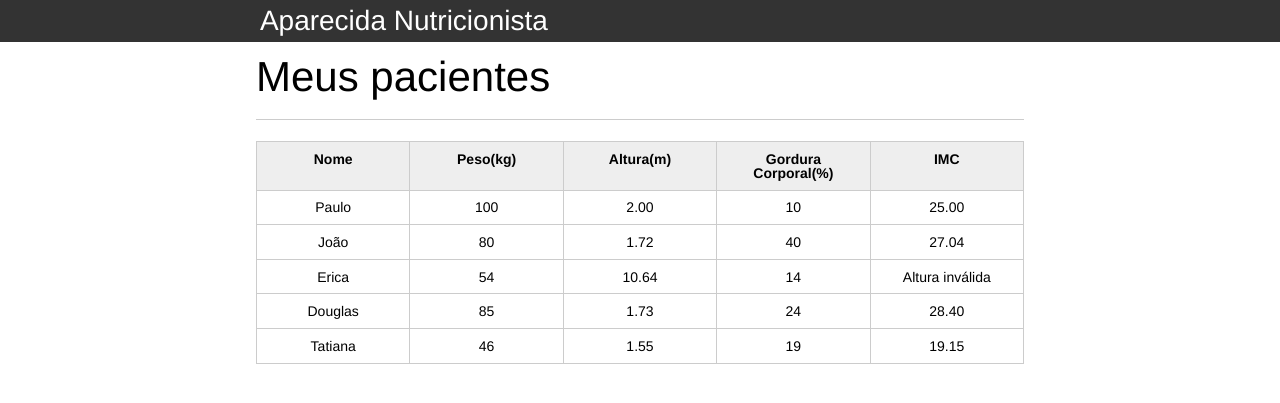
Repository: prof-fernando-alves/introducao-javascript
Page: index.html
The author's editor kept a copy of each file at every save. The page is drawn from the files as they stood at one save, then again after a run of saves.
The browser window is 1280 px wide. The pictures show the whole page.

Above is the page before, as saved 2021-09-14 14:33:50.

### index.html
<!DOCTYPE html>
<html lang="pt-br">
	<head>
		<meta charset="UTF-8">
		<title>Aparecida Nutrição</title>
		<link rel="icon" href="favicon.ico" type="image/x-icon">
		<link rel="stylesheet" type="text/css" href="css/reset.css">
		<link rel="stylesheet" type="text/css" href="css/index.css">

	</head>
	<body>

		<header>
			<div class="container">
				<h2 class="titulo">Aparecida Nutrição</h2>
			</div>
		</header>
		<main>
			<section class="container">
				<h2>Meus pacientes</h2>
				<table>
					<thead>
						<tr>
							<th>Nome</th>
							<th>Peso(kg)</th>
							<th>Altura(m)</th>
							<th>Gordura Corporal(%)</th>
							<th>IMC</th>
						</tr>
					</thead>
					<tbody id="tabela-pacientes">
						<tr class="paciente" id="primeiro-paciente">
							<td class="info-nome">Paulo</td>
							<td class="info-peso">100</td>
							<td class="info-altura">2.00</td>
							<td class="info-gordura">10</td>
							<td class="info-imc">0</td>
						</tr>

						<tr class="paciente" >
							<td class="info-nome">João</td>
							<td class="info-peso">80</td>
							<td class="info-altura">1.72</td>
							<td class="info-gordura">40</td>
							<td class="info-imc">0</td>
						</tr>

						<tr class="paciente" >
							<td class="info-nome">Erica</td>
							<td class="info-peso">54</td>
							<td class="info-altura">10.64</td>
							<td class="info-gordura">14</td>
							<td class="info-imc">0</td>
						</tr>

						<tr class="paciente">
							<td class="info-nome">Douglas</td>
							<td class="info-peso">85</td>
							<td class="info-altura">1.73</td>
							<td class="info-gordura">24</td>
							<td class="info-imc">0</td>
						</tr>
						<tr class="paciente" >
							<td class="info-nome">Tatiana</td>
							<td class="info-peso">46</td>
							<td class="info-altura">1.55</td>
							<td class="info-gordura">19</td>
							<td class="info-imc">0</td>
						</tr>
					</tbody>
				</table>

			</section>
		</main>

		<script src="js/principal.js" ></script>

	</body>
</html>

### css/index.css
*{
	box-sizing: border-box;
 }

body{
	font-family: "Helvetica Neue", "Helvetica", Helvetica, Arial, sans-serif;
	font-size: 14px;
}

header{
	background-color: #333;
	height: 3em;
	color: #FFF;
	margin-bottom: 1em;
}

header h1{
	font-size: 2em;
	display:inline-block;
	vertical-align:	middle;
}
header h2{
	font-size: 2em;
	display:inline-block;
	vertical-align:	middle;
}

header .container:before{
	content: '';
	display:inline-block;
	height: 100%;
	vertical-align:	middle;
}

.container{
	width: 60%;
	height: 100%;
	margin: 0 auto;
}

section{
	margin: 2em 0;
	overflow: hidden;
}

section h2{
	font-size: 3em;
	display: block;
	padding-bottom: .5em;
	border-bottom: 1px solid #ccc;
	margin-bottom: .5em;
}

table{
	width: 100%;
	margin-bottom : .5em;
    table-layout: fixed;

}

td, th {
	padding: .7em;
	margin: 0;
	border: 1px solid #ccc;
	text-align: center;
}

th{
	font-weight: bold;
	background-color: #EEE;
}

label{
	color: #555;
	display: block;
	margin-bottom: .2em;
}

.campo{
	margin: 0;
	padding-bottom: 1em;
	width: 100%;
	border: 1px solid #ccc;
	padding: .7em;
	width: 100%;
}

.campo-medio{
	display: inline-block;
	padding-right: .5em;
}

.grupo{
	width: 32%;
	display: inline-block;
	padding: 10px 0px;
}

button{
	padding: .5em 2em;
	border: 0;
	border-bottom: 3px solid;
	font-size: 1.2em;
	cursor: pointer;
	margin: 0;
	margin-top: -3px;
	color: #fff;
	background-color:#0c8cd3;
	border-color: #04324c;
	width: 20%;
    display: block;
    clear: both;
    margin: 10px 0px;

}

button:active{
	margin-top:0px;
	border: 0;
}

button[disabled=disabled], button:disabled {
    background-color: gray;
	border-color: darkgray;

}

.adicionar-paciente{
    margin-top: 30px;
}

.campo-invalido{
	border: 1px solid red;
}

### js/principal.js
var titulo = document.querySelector(".titulo");
titulo.textContent = "Aparecida Nutricionista";

var pacientes = document.querySelectorAll(".paciente");

for (var i=0; i < pacientes.length; i++){
        var paciente = pacientes[i]

        var tdPeso = paciente.querySelector(".info-peso");
        var peso = tdPeso.textContent;

        var tdAltura = paciente.querySelector(".info-altura");
        var altura = tdAltura.textContent;

        var tdImc = paciente.querySelector(".info-imc");

        var pesoEhValido = true;
        var alturaEhValida = true;

        if (peso <= 0 || peso >= 1000) {
            console.log("Peso inválido!");
            pesoEhValido = false;
            tdImc.textContent = "Peso inválido";
        }

        if (altura <= 0 || altura >= 3.00) {
            console.log("Altura inválida!");
            alturaEhValida = false;
            tdImc.textContent = "Altura inválida";
            paciente.getElementsByClassName.c
        }

        if (pesoEhValido && alturaEhValida) {
            var imc = peso / (altura * altura);
            tdImc.textContent = imc.toFixed(2);
}
}

Loaded but not shown: css/reset.css (common file)

After the next 4 saves:
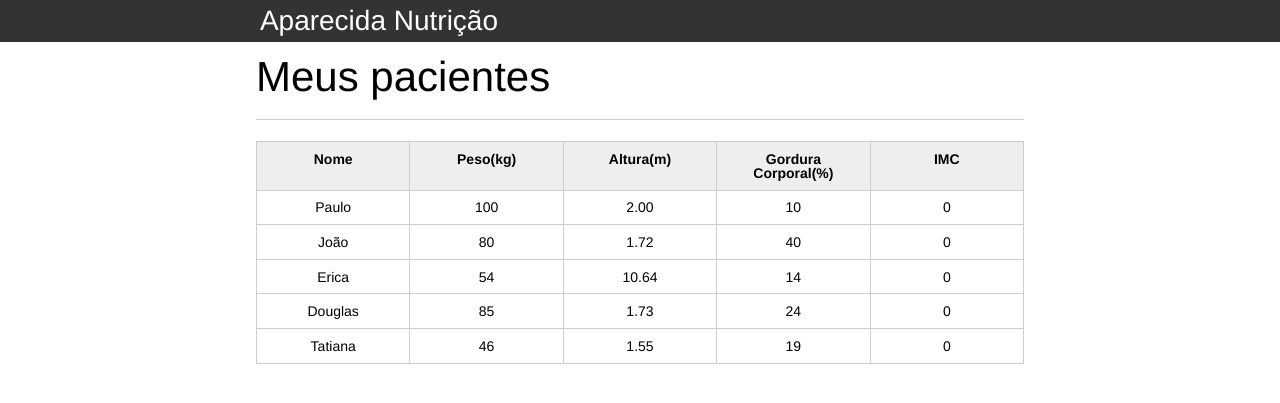
Console error: SyntaxError: Unexpected token '}'
The 4 saves are shown as one change because they came seconds apart.
The last was saved 11 s later.
--- a/js/principal.js
+++ b/js/principal.js
@@ -27,7 +27,7 @@
             console.log("Altura inválida!");
             alturaEhValida = false;
             tdImc.textContent = "Altura inválida";
-            paciente.getElementsByClassName.c
+            paciente.getElementsByClassName.
         }
 
         if (pesoEhValido && alturaEhValida) {

After the save that followed:
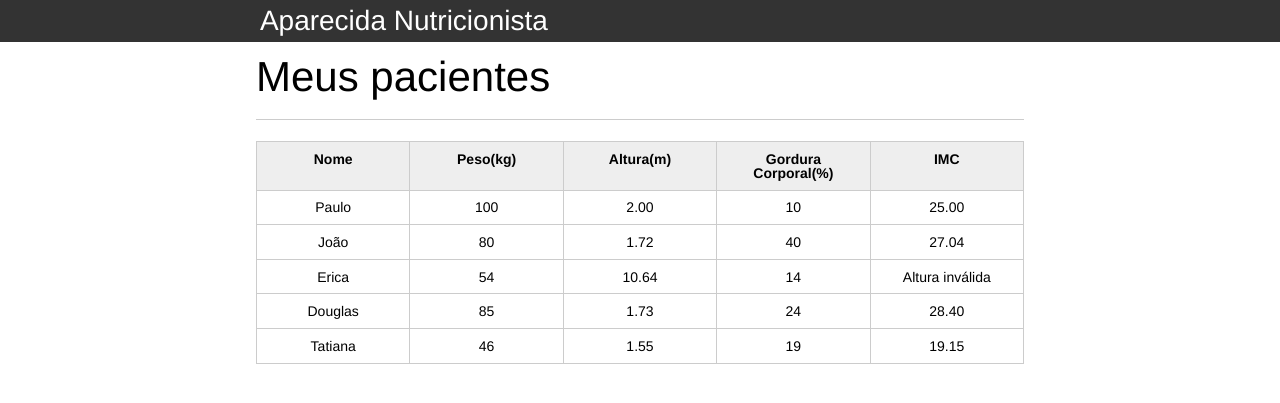
The error is gone.
Saved 5 s later.
--- a/js/principal.js
+++ b/js/principal.js
@@ -27,7 +27,7 @@
             console.log("Altura inválida!");
             alturaEhValida = false;
             tdImc.textContent = "Altura inválida";
-            paciente.getElementsByClassName.
+            paciente.style
         }
 
         if (pesoEhValido && alturaEhValida) {
